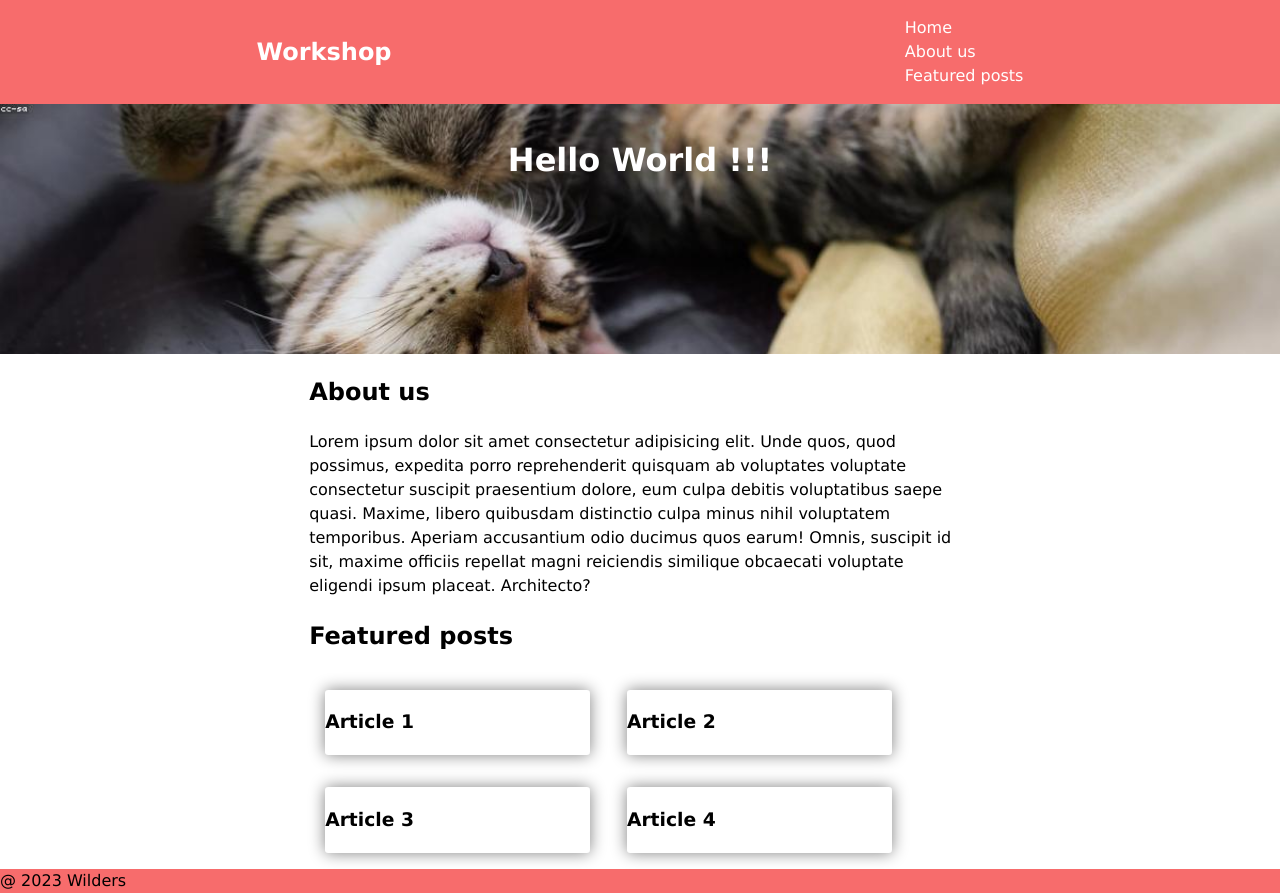
Repository: PPaillard/cssresponsive
Page: index.html
The author's editor kept a copy of each file at every save. The page is drawn from the files as they stood at one save, then again after the next save.
The browser window is 1280 px wide. The pictures show the whole page.

Above is the page before, as saved 2023-03-03 14:07:35.

### index.html
<!DOCTYPE html>
<html lang="en">
  <head>
    <meta charset="UTF-8" />
    <meta http-equiv="X-UA-Compatible" content="IE=edge" />
    <meta name="viewport" content="width=device-width, initial-scale=1.0" />
    <title>Document</title>
    <link rel="stylesheet" href="style.css" />
  </head>
  <body>
    <nav>
      <h2>Workshop</h2>
      <ul>
        <li><a href="#home">Home</a></li>
        <li><a href="#aboutus">About us</a></li>
        <li><a href="#featuredposts">Featured posts</a></li>
      </ul>
    </nav>
    <header>
      <h1>Hello World !!!</h1>
    </header>
    <main>
      <section>
        <h2>About us</h2>
        <p>
          Lorem ipsum dolor sit amet consectetur adipisicing elit. Unde quos,
          quod possimus, expedita porro reprehenderit quisquam ab voluptates
          voluptate consectetur suscipit praesentium dolore, eum culpa debitis
          voluptatibus saepe quasi. Maxime, libero quibusdam distinctio culpa
          minus nihil voluptatem temporibus. Aperiam accusantium odio ducimus
          quos earum! Omnis, suscipit id sit, maxime officiis repellat magni
          reiciendis similique obcaecati voluptate eligendi ipsum placeat.
          Architecto?
        </p>
      </section>
      <section>
        <h2>Featured posts</h2>
        <article><h1>Article 1</h1></article>
        <article><h1>Article 2</h1></article>
        <article><h1>Article 3</h1></article>
        <article><h1>Article 4</h1></article>
      </section>
    </main>
    <footer>@ 2023 Wilders</footer>
  </body>
</html>

### style.css
* {
  box-sizing: border-box;
}

body {
  margin: 0;
  line-height: 1.5;
  font-family: Verdana, Geneva, Tahoma, sans-serif;
}

/* Navigation */
nav {
  display: flex;
  justify-content: space-around;
  align-items: center;
  background-color: #f76c6c;
  color: #ffffff;
}

nav > h2 {
  margin: 0;
}

nav ul {
  margin: 0;
  padding: 1rem 0;
}

nav ul li {
  list-style: none;
}

nav ul li a {
  color: white;
  text-decoration: none;
}
/* fin de navigation */
/* header */

header {
  min-height: 250px;
  text-align: center;
  background-image: url("65535_52214085447_ec2bf04bd7_h_1200_300_nofilter.jpg");
  background-repeat: no-repeat;
  background-size: cover;
}
header h1 {
  color: white;
  margin: 0;
  padding-top: 2rem;
}

section {
  margin: 0 auto;
  max-width: 65ch;
}

section article {
  display: inline-block;
  width: 40%;
  margin: 1rem;
  border-radius: 0.2rem;
  box-shadow: 0 0 1rem grey;
}

#featured-posts {
  display: grid;
}

footer {
  background-color: #f76c6c;
}

After the next save:
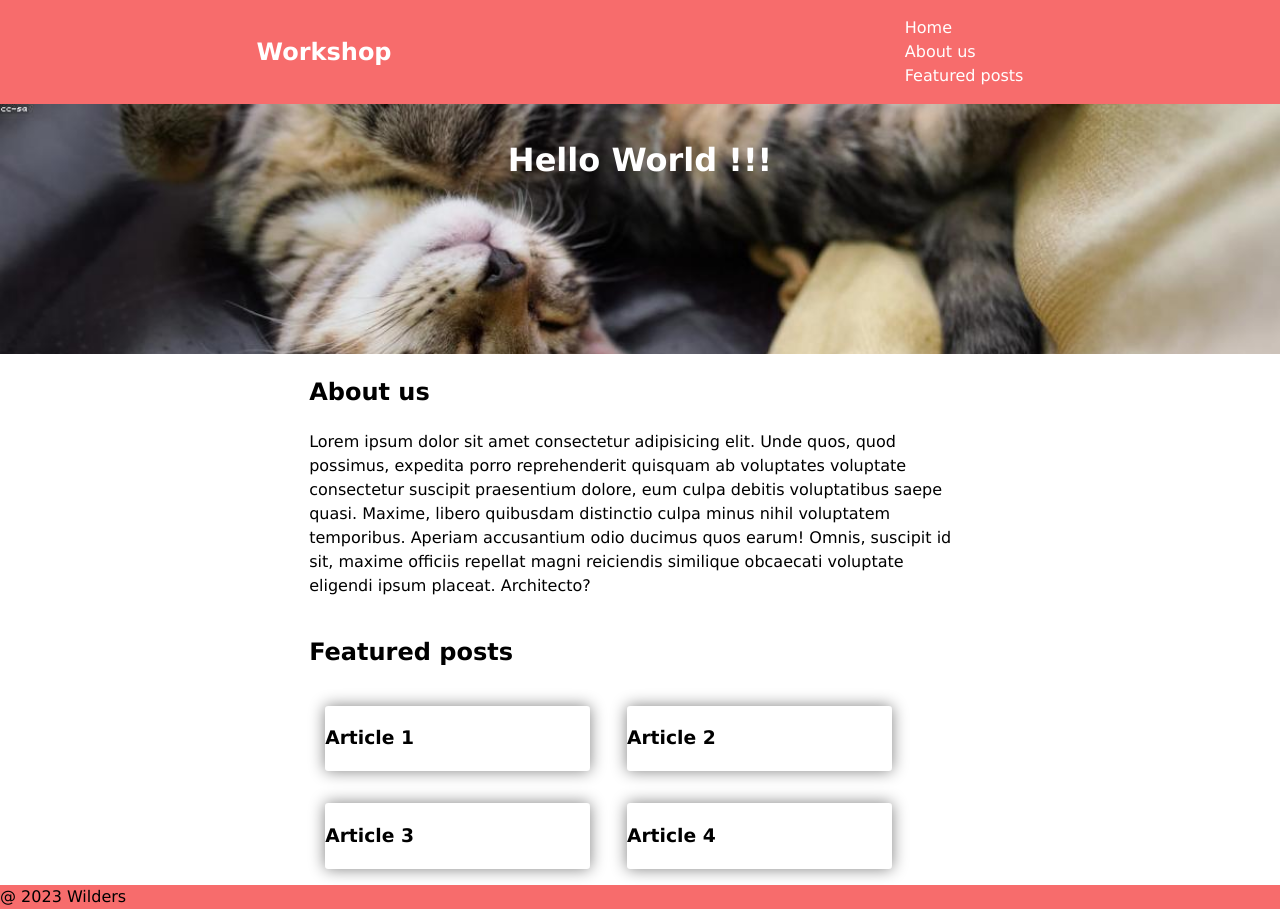
Saved 3 min 3 s later.
--- a/index.html
+++ b/index.html
@@ -33,12 +33,14 @@
           Architecto?
         </p>
       </section>
-      <section>
+      <section id="featured-posts">
         <h2>Featured posts</h2>
-        <article><h1>Article 1</h1></article>
-        <article><h1>Article 2</h1></article>
-        <article><h1>Article 3</h1></article>
-        <article><h1>Article 4</h1></article>
+        <div>
+          <article><h1>Article 1</h1></article>
+          <article><h1>Article 2</h1></article>
+          <article><h1>Article 3</h1></article>
+          <article><h1>Article 4</h1></article>
+        </div>
       </section>
     </main>
     <footer>@ 2023 Wilders</footer>
